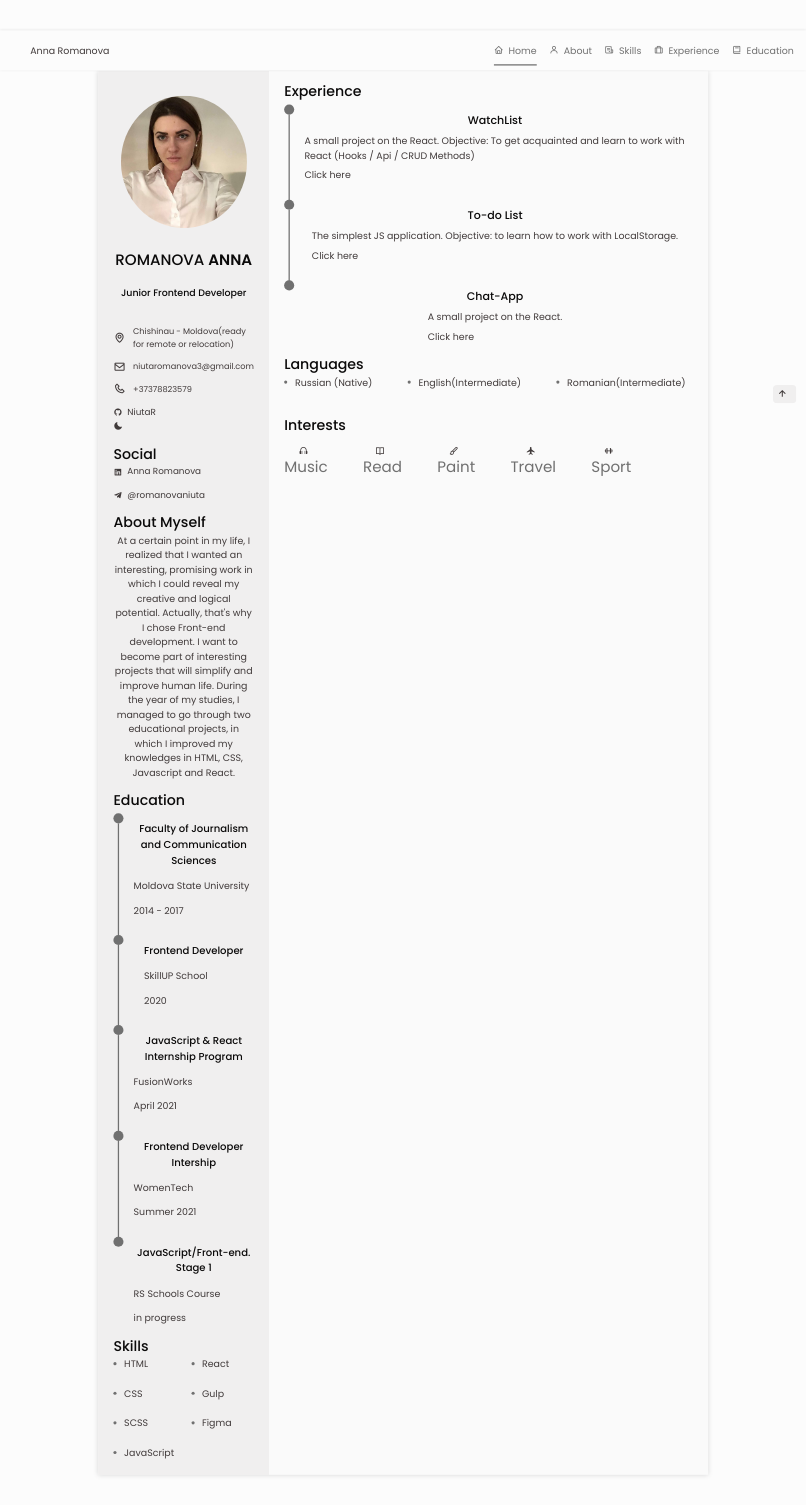
Repository: NiutaR/rsschool-cv
Page: index.html
These files come from the project's save history. The page is drawn as it stood at one moment and after the next save; the edit follows.
The browser window is 1280 px wide. The pictures show the whole page, at 63% of full size.

Above is the page before, as saved 2021-09-19 19:08:33.

After the next save:
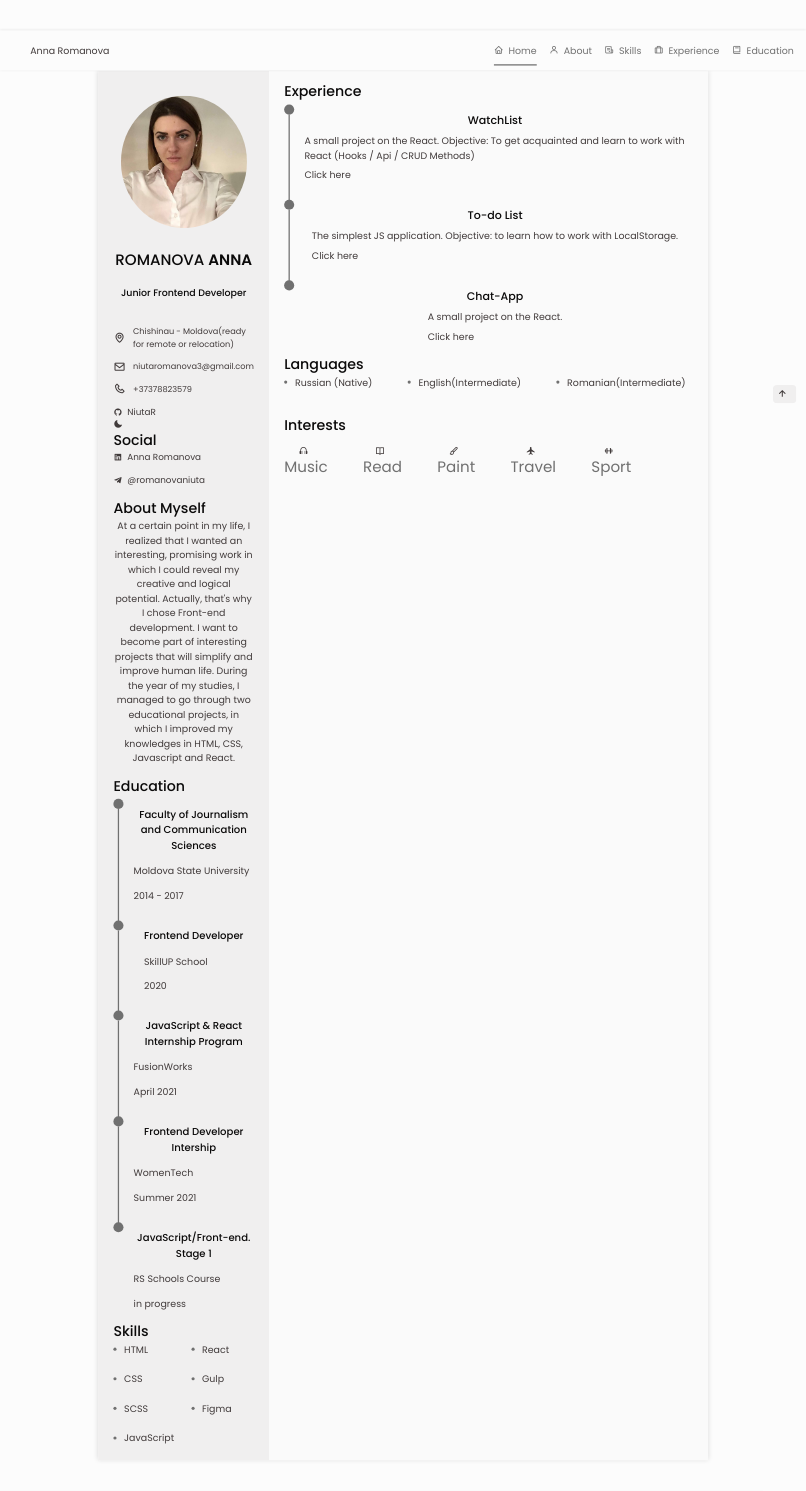
Saved 4 s later.
--- a/src/style.css
+++ b/src/style.css
@@ -375,7 +375,8 @@ img {
 
 /*button dark/light*/
 .change-theme {
-    pos
+    position: absolute;
+
 }
 /*========== MEDIA ==========*/
 
